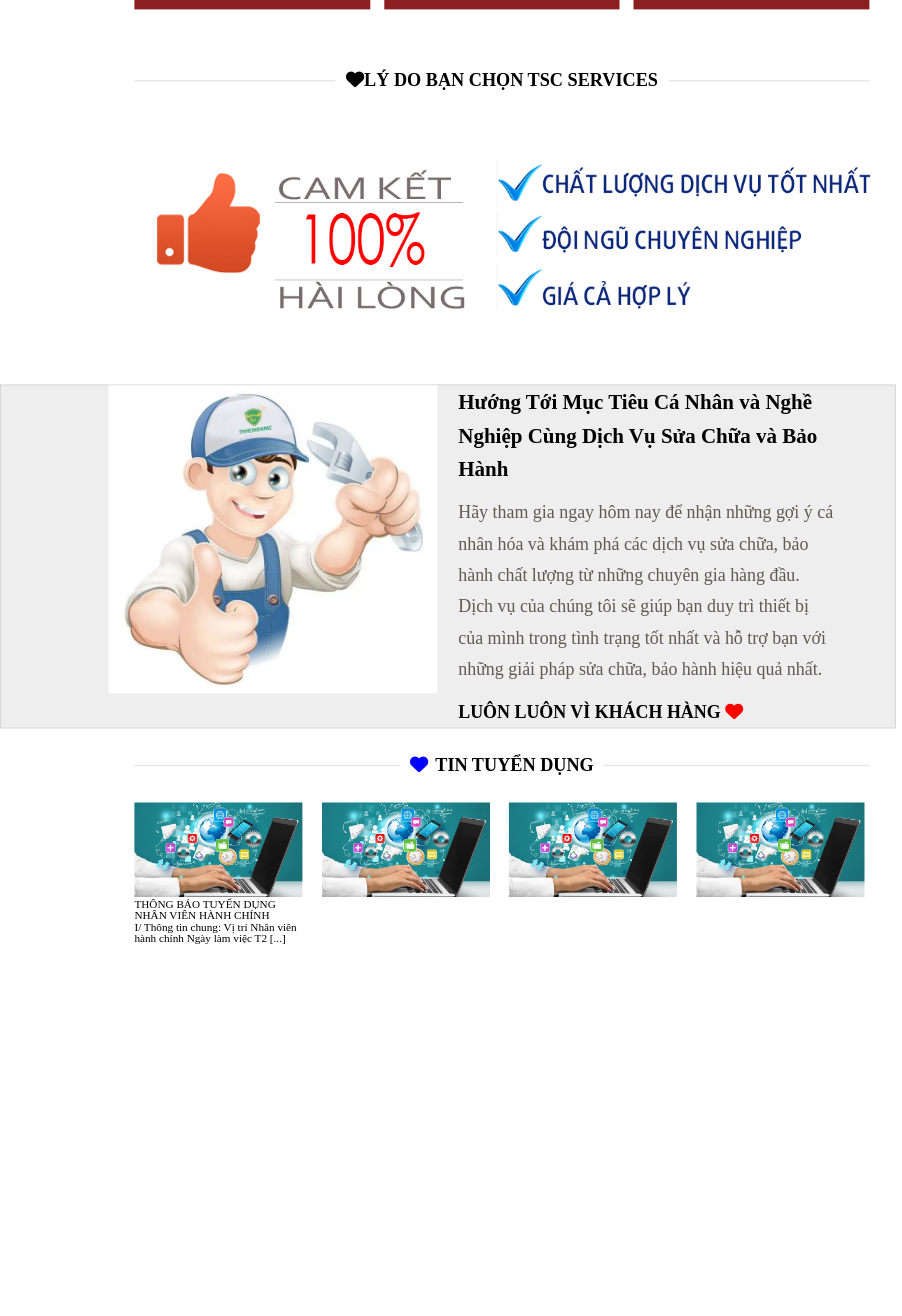
Repository: nguyentrongdai34/tsc-project
Page: index.html
The author's editor kept a copy of each file at every save. The page is drawn from the files as they stood at one save, then again after the next save.
The browser window is 1280 px wide. The page is 1288 px wide, so the pictures cover 1288 px, including what lies to the right of the window. The pictures show the part of the page from y = 1188 to 3068 px (the page is 3068 px tall), at 70% of full size.

Above is the page before, as saved 2024-12-03 21:15:08.

After the next save:
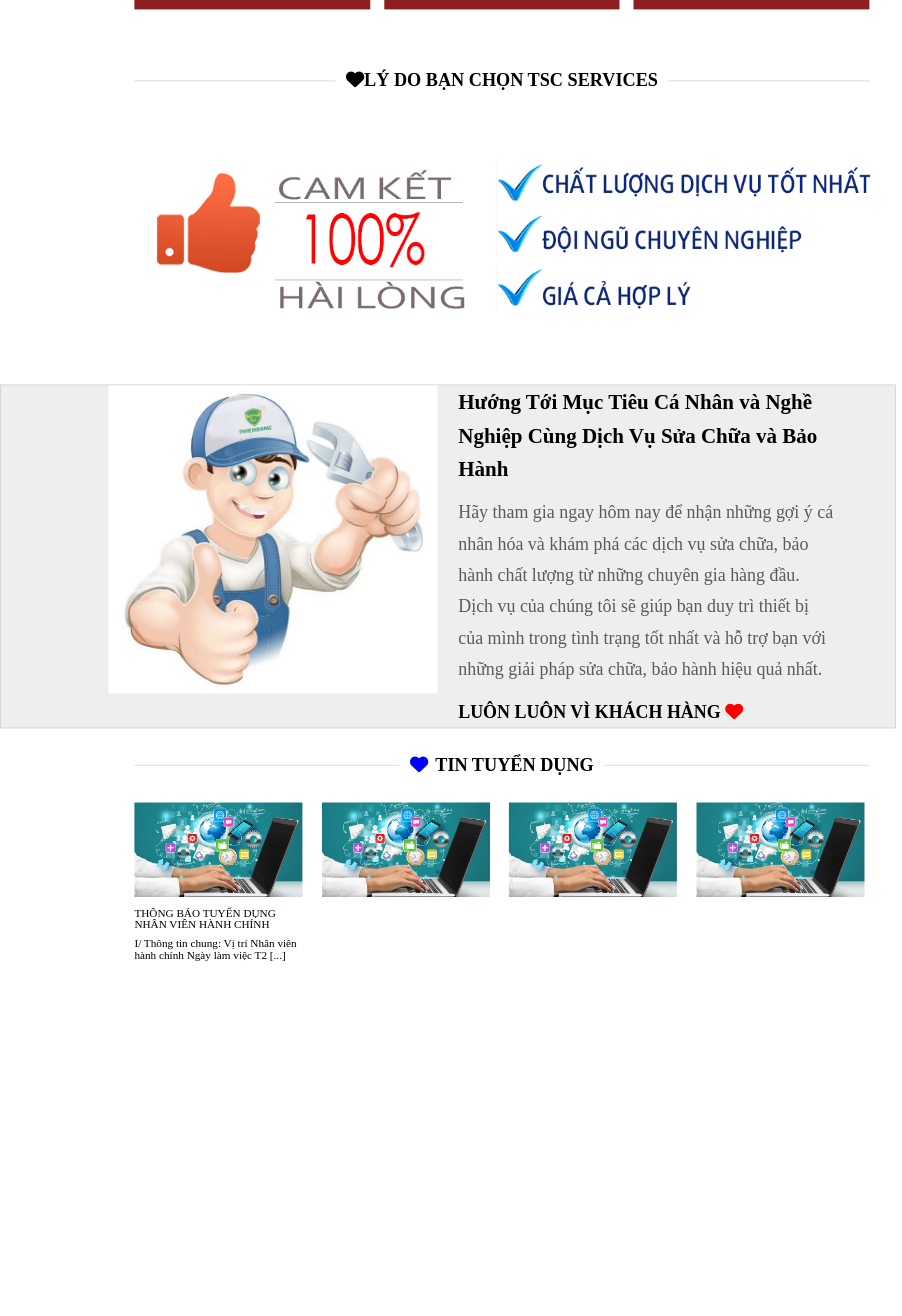
Saved 96 s later.
--- a/style.css
+++ b/style.css
@@ -269,3 +269,7 @@
   width: 240px;
   object-fit: cover;
 }
+
+.news-strongs {
+  padding: 12px 0;
+}
